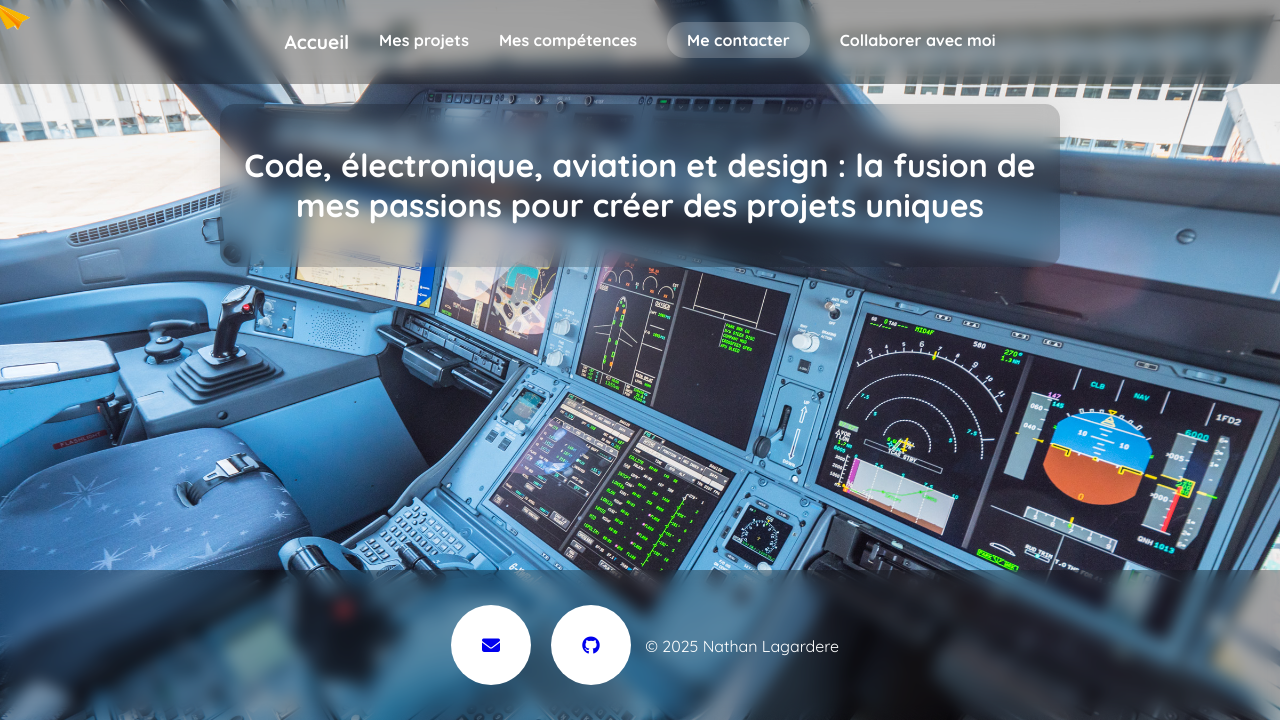
Repository: nlagardere/myportfolio
Page: contact.html
These files come from the project's save history. The page is drawn as it stood at one moment and after the next save; the edit follows.
The browser window is 1280 px wide. The pictures show the whole page.

Above is the page before, as saved 2025-09-07 11:05:36.

### contact.html
<!DOCTYPE html>
<html lang="en">
<head>
    <meta charset="UTF-8">
    <meta name="viewport" content="width=device-width, initial-scale=1.0">
    <title>Contact</title>
</head>
<body>
    <!DOCTYPE html>
<html lang="fr">
<head>
  <meta charset="UTF-8">
  <meta name="viewport" content="width=device-width, initial-scale=1.0">
  <title>Portfolio</title>

  <link href="https://fonts.googleapis.com/css2?family=Exo+2:wght@400;700&family=Quicksand:wght@400;700&display=swap" rel="stylesheet">
  <link rel="stylesheet" href="https://cdnjs.cloudflare.com/ajax/libs/font-awesome/6.5.0/css/all.min.css">

  <style>
    html{
      scroll-behavior: smooth;
      cursor: none;
    }

    body {
      font-family: 'Quicksand', sans-serif;
      margin: 0;
      padding: 0;
      min-height: 100vh;
      display: flex;
      flex-direction: column;
      background: url('a350.jpg') no-repeat center center;
      background-size: cover;
      color: #fff;

    }

    header {
      text-align: center;
      padding: 30px 20px;
      background: rgba(0,0,0,0.3);
      backdrop-filter: blur(8px);
    }

    .glasscard, .competences {
      background: rgba(0, 0, 0, 0.2);
      border-radius: 15px;
      padding: 20px;
      margin: 20px auto;
      max-width: 800px;
      backdrop-filter: blur(10px);
      box-shadow: 0 4px 30px rgba(0,0,0,0.1);
      text-align: center;
      animation: zoomPop 1s ease forwards;
      color: white;
    }

    .highlight {
      color: #FFD93D;
      font-weight: bold;
    }

    @keyframes zoomPop {
      0% { opacity: 0; transform: scale(0.1) translateZ(-800px); }
      60% { opacity: 1; transform: scale(1.2) translateZ(50px); }
      80% { transform: scale(0.95) translateZ(0); }
      100% { opacity: 1; transform: scale(1) translateZ(0); }
    }

    .wrapper {
      display: inline-flex;
      justify-content: center;
      list-style: none;
      padding: 20px 0;
      margin: 0 auto;
    }

    .wrapper .icon {
      position: relative;
      background: #ffffff;
      border-radius: 50%;
      padding: 15px;
      margin: 0 10px;
      width: 50px;
      height: 50px;
      font-size: 18px;
      display: flex;
      justify-content: center;
      align-items: center;
      cursor: pointer;
      transition: all 0.2s cubic-bezier(0.68, -0.55, 0.265, 1.55);
    }

    .wrapper .tooltip {
      position: absolute;
      bottom: 100%;
      left: 50%;
      transform: translateX(-50%) translateY(-10px);
      font-size: 14px;
      background: #333;
      color: #fff;
      padding: 5px 8px;
      border-radius: 5px;
      opacity: 0;
      pointer-events: none;
      white-space: nowrap;
      transition: all 0.3s cubic-bezier(0.68, -0.55, 0.265, 1.55);
      z-index: 10;
    }

    .wrapper .tooltip::before {
      content: "";
      position: absolute;
      top: 100%;
      left: 50%;
      transform: translateX(-50%) rotate(45deg);
      width: 8px;
      height: 8px;
      background: #333;
    }

    .wrapper .icon:hover .tooltip {
      opacity: 1;
      pointer-events: auto;
      transform: translateX(-50%) translateY(-15px);
    }

    .wrapper .mail:hover,
    .wrapper .mail:hover .tooltip,
    .wrapper .mail:hover .tooltip::before {
      background: #00CED1;
      color: #fff;
    }

    .wrapper .github:hover,
    .wrapper .github:hover .tooltip,
    .wrapper .github:hover .tooltip::before {
      background: #333333;
      color: #fff;
    }

    .footer{
      text-align: center;
      padding: 15px 20px;
      background: rgba(0,0,0,0.3);
      backdrop-filter: blur(8px);
      color: white;
      margin-top: auto;
    }

    .navbar ul {
      list-style: none;
      padding: 0;
      margin: 0;
      display: flex;
      justify-content: center;
      gap: 30px;
      flex-wrap: wrap;
    }
    .navbar ul li {
      display: inline;
    }
    .navbar ul li a {
      text-decoration: none;
      color: white;
      font-weight: bold;
      transition: color 0.3s;
    }
    .navbar ul li a:hover {
      color: #FFD93D;
    }

    .navbar .accueil a {
      font-size: 1.2em;
      font-weight: bold;
      color: #ffffff;
    }
    .navbar .accueil a:hover {
      color: #FFD93D;
    }

    .accueil-wrapper {
      background: rgba(255, 255, 255, 0.2);
      backdrop-filter: blur(10px);
      padding: 8px 20px;
      border-radius: 25px;
      color: #fff;
      font-weight: bold;
      transition: all 0.3s ease;
    }

    .accueil-wrapper:hover {
      background: rgba(255, 255, 255, 0.4);
      transform: scale(1.05);
      color: #FFD93D;
    }

    #mouse {
  position: fixed;
  top: 0;
  left: 0;
  width: 64px;
  height: 64px;
  background: url('cursor.png') no-repeat center center;
  background-size: contain;
  pointer-events: none; /* pour que le curseur ne bloque pas les clics */
  transform: translate(-50%, -50%);
  z-index: 9999;
  transform: translate(-35%, -25%);
  pointer-events: none;
}

::selection {
  background-color: #ffcc00; /* couleur de fond */
  color: #000000;            /* couleur du texte */
}


    @media (max-width: 600px) {
      .letter-block .letter {
        font-size: 2.5em;
      }
    }

  </style>
</head>
<body>
  <div id="mouse"></div>
  <header>
    <nav class="navbar">
      <ul>
        <li class="accueil">
          <a href="index.html">Accueil</a>
        </li>
        <li><a href="projects.html">Mes projets</a></li>
        <li><a href="competences.html">Mes compétences</a></li>
        <li><a href="contact.html"  class="accueil-wrapper">Me contacter</a></li>
        <li><a href="collaborate.html">Collaborer avec moi</a></li>
      </ul>
    </nav>
  </header>
  <div class="glasscard">
    <h1>Code, électronique, aviation et design : la fusion de mes passions pour créer des projets uniques</h1>
  </div>


  <div class="footer">
    <ul class="wrapper">
      <li class="icon mail">
        <a href="mailto:nathan.lagardere@gmail.com" target="_blank">
          <span class="tooltip">Mail</span>
          <i class="fas fa-envelope"></i>
        </a>
      </li>
      <li class="icon github">
        <a href="https://github.com/nlagardere" target="_blank">
          <span class="tooltip">Github</span>
          <i class="fab fa-github"></i>
        </a>
      </li>
    </ul>
    © 2025 Nathan Lagardere
  </div>

  <script>
    const mouse = document.querySelector('#mouse')
    window.addEventListener('mousemove', (e) => {
      mouse.style.top = e.pageY + 'px'
      mouse.style.left = e.pageX + 'px'
    })
  </script>
</body>
</html>

</body>
</html>

After the next save:
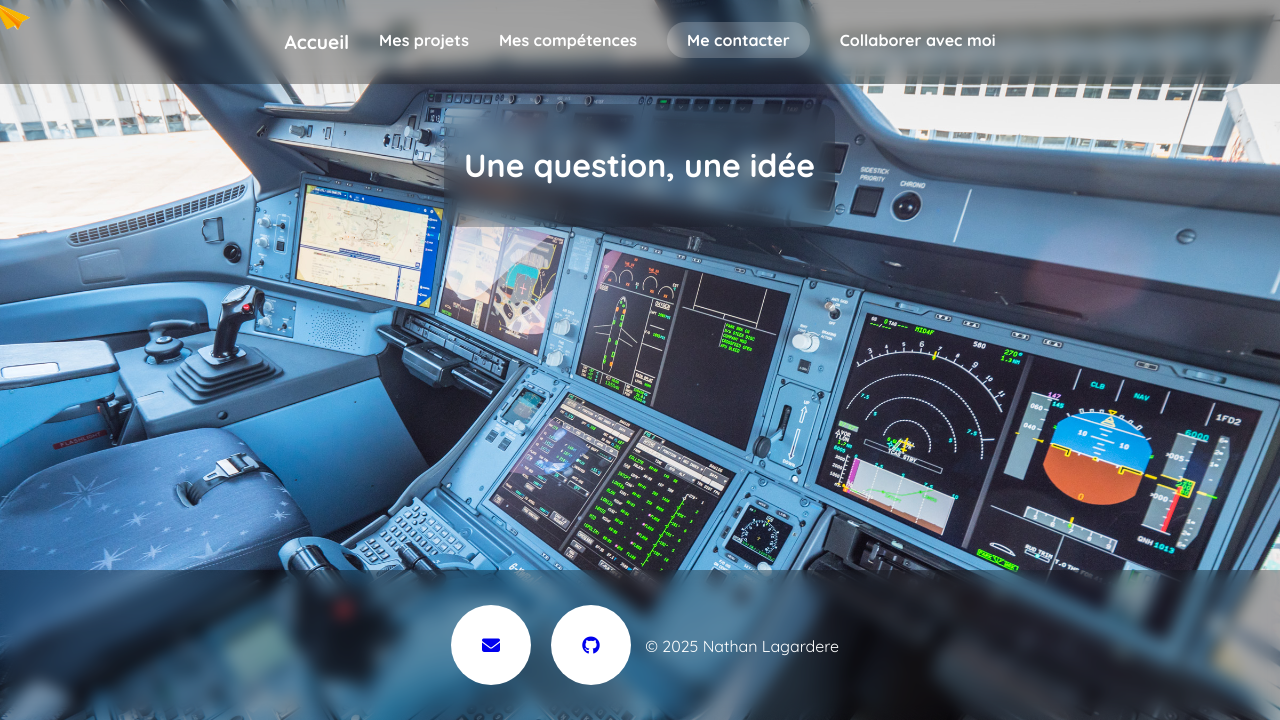
Saved 22 s later.
--- a/contact.html
+++ b/contact.html
@@ -240,7 +240,7 @@
     </nav>
   </header>
   <div class="glasscard">
-    <h1>Code, électronique, aviation et design : la fusion de mes passions pour créer des projets uniques</h1>
+    <h1>Une question, une idée</h1>
   </div>
 
 
